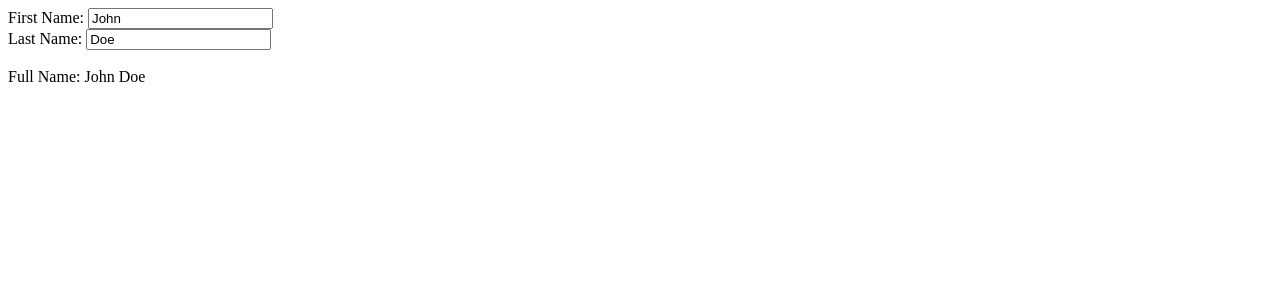
Repository: Sourabh33/ProjectThirdRepo
Page: http://localhost/Traning_Management/
An editor plug-in stored every save of this project. The page is shown before and after the next save, followed by the edit.
The browser window is 1280 px wide. The pictures show the whole page.
Some web libraries are served in a nearby version. The page is served by Tomcat 9. Other server files are loaded and not shown.

Above is the page before, as saved 2016-11-09 13:07:04.

### Training Management Project/Traning_Management/src/main/webapp/index.jsp
<!DOCTYPE html>
<html>
<script src="https://ajax.googleapis.com/ajax/libs/angularjs/1.4.8/angular.min.js"></script>
<body>

<div ng-app="myApp" ng-controller="myCtrl">

First Name: <input type="text" ng-model="firstName"><br>
Last Name: <input type="text" ng-model="lastName"><br>
<br>
Full Name: {{firstName + " " + lastName}}

</div>

<script>
var app = angular.module('myApp', []);
app.controller('myCtrl', function($scope) {
    $scope.firstName = "John";
    $scope.lastName = "Doe";
});
</script>

</body>
</html>

After the next save:
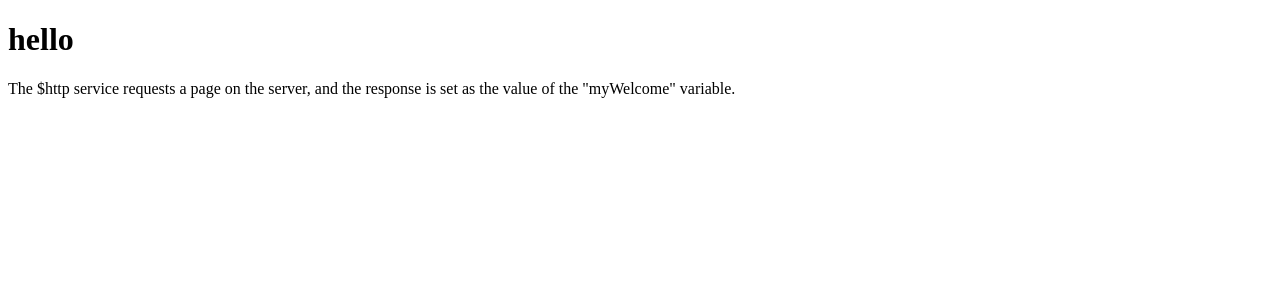
Saved 86 s later.
--- a/Training Management Project/Traning_Management/src/main/webapp/index.jsp
+++ b/Training Management Project/Traning_Management/src/main/webapp/index.jsp
@@ -5,18 +5,26 @@
 
 <div ng-app="myApp" ng-controller="myCtrl">
 
-First Name: <input type="text" ng-model="firstName"><br>
-Last Name: <input type="text" ng-model="lastName"><br>
-<br>
-Full Name: {{firstName + " " + lastName}}
+
+<h1>{{msg}}</h1>
 
 </div>
 
+<p>The $http service requests a page on the server, and the response is set as the value of the "myWelcome" variable.</p>
+
 <script>
 var app = angular.module('myApp', []);
-app.controller('myCtrl', function($scope) {
-    $scope.firstName = "John";
-    $scope.lastName = "Doe";
+app.controller('myCtrl', function($scope, $http) {
+	$scope.msg="hello";
+/* 	$scope.user={adminId:null,adminEmailId:"",adminName:"",adminPassword:""};
+	$scope.myMethod=function(){
+		 $http.post("http://localhost:8808/TrainingManagementSystem/create/",$scope.user)
+		  .then(function(response) {
+		      $scope.myWelcome = response.data;
+		  });
+	} */
+
+
 });
 </script>
 
